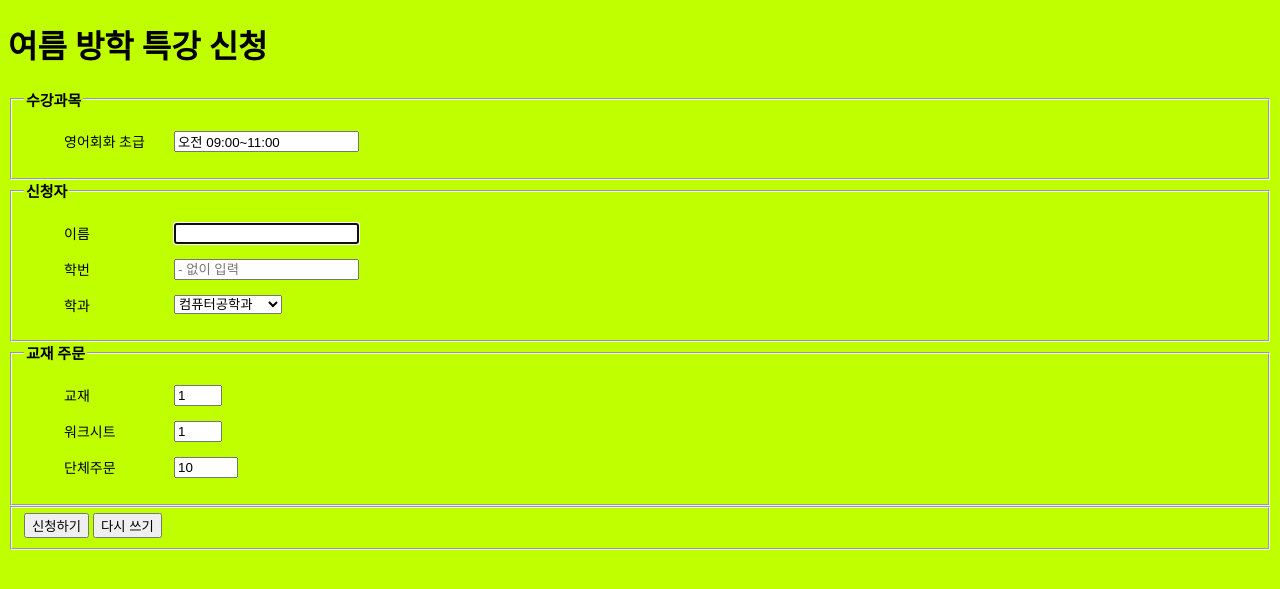
Repository: ygs3004/StudyHTML_CSS
Page: web project 01/src/main/webapp/chapter05/exam05_13.html
An editor plug-in stored every save of this project. The page is shown before and after the next save, followed by the edit.
The browser window is 1280 px wide. The pictures show the whole page.

Above is the page before, as saved 2022-08-05 07:37:49.

### web project 01/src/main/webapp/chapter05/exam05_13.html
<!DOCTYPE html>
<html>
<head>
<meta charset="UTF-8">
<title>Insert title here</title>
<style type="text/css">
	body{
	background-color : #bfff00;
	}

	from fieldset{
		margin-bottom:25px;
	}

	form legend{
		font-size:15px;
		font-weight:600;
	}

	form label.reg{						/* class 적용, 접근 .class */
		font-size:14px;
		width:110px;
		float:left;
	}

	form ul li{
		list-style : none;
		margin:15px 0;
	}

	#member, #stuffs{
		width : 50x;
	}

	/*
	margin : 20px => 상하좌우 모두 20px
	margin : 30px 10px => 상하 30px 좌우 10px
	margin : 30px 10px 40px => 상 30px 좌우 10px 하 40px
	margin : 30px 10px 20px 50px => 시계방향
	 */

</style>
</head>
<body>
	<h1>여름 방학 특강 신청</h1>
	<form action="">
		<fieldset>
			<legend>수강과목</legend>
			<ul>
				<li><label class="reg" for="subj">영어회화 초급</label>
					<input type="text" value="오전 09:00~11:00" readonly>
			</ul>
		</fieldset>
		<fieldset>
			<legend>신청자</legend>
			<ul>
				<li>
					<label class="reg" for="uname">이름</label>
					<input type="text" id="uname" autofocus required>
				</li>
				<li>
					<label class="reg" for="uid">학번</label>
					<input type="text" id="uid" placeholder="- 없이 입력" maxlength="8">
				</li>
				<li>
					<label class="reg" for="uclass">학과</label>
					<select id="uclass">
						<option value="archi">건축공학과</option>
						<option value="mechanic">기계공학과</option>
						<option value="indust">산업공학과</option>
						<option value="elect">전기전자공학과</option>
						<option value="computer" selected>컴퓨터공학과</option>
						<option value="chemical">화학공학과</option>
					</select>
				</li>
			</ul>
		</fieldset>
		<fieldset>
			<legend>교재 주문</legend>
			<ul>
				<li>
					<label class="reg" for="book">교재</label>
					<input type="number" id="book" value="1" min="1" max="3">
				</li>
				<li>
					<label class="reg" for="wsheet">워크시트</label>
					<input type="number" id="wsheet" value="1" min="1" max="3">
				</li>
				<li>
					<label class="reg" for="group">단체주문</label>
					<input type="number" id="group" value="10" min="10" max="100" step="10">
				</li>
			</ul>
		</fieldset>
		<fieldset>
			<button type="submit" value="submit">신청하기</button>
			<button type="reset" value="reset">다시 쓰기</button>
		</fieldset>
	</form>
</body>
</html>

After the next save:
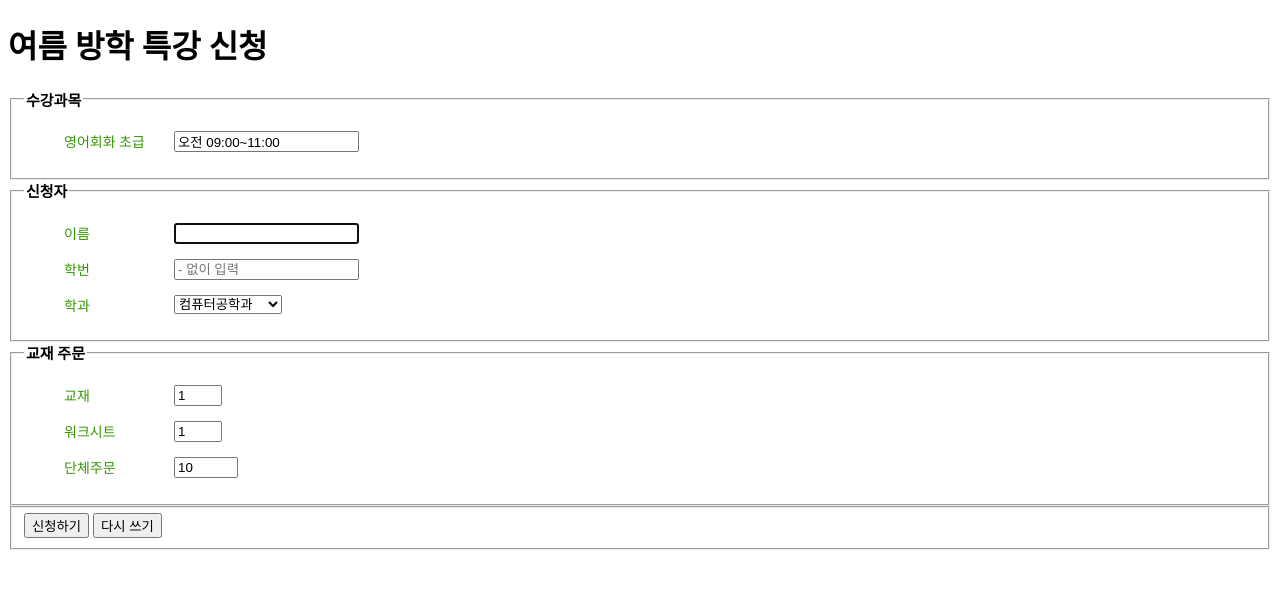
Saved 19 s later.
--- a/web project 01/src/main/webapp/chapter05/exam05_13.html
+++ b/web project 01/src/main/webapp/chapter05/exam05_13.html
@@ -5,7 +5,7 @@
 <title>Insert title here</title>
 <style type="text/css">
 	body{
-	background-color : #bfff00;
+	background-color : #fff;
 	}
 
 	from fieldset{
@@ -21,6 +21,7 @@
 		font-size:14px;
 		width:110px;
 		float:left;
+		color:#390
 	}
 
 	form ul li{
